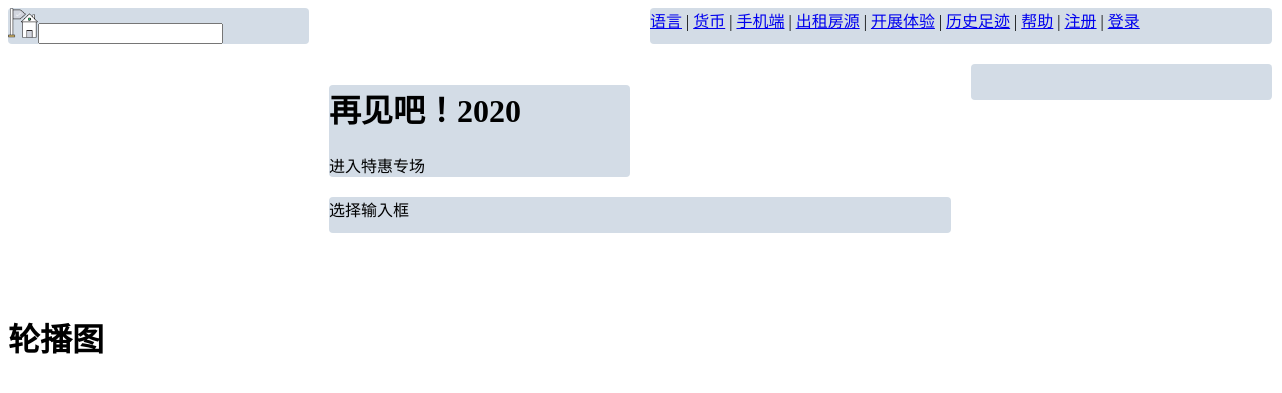
Repository: yz1181214391/my-airbnb
Page: /
These files come from the project's save history. The page is drawn as it stood at one moment and after the next save; the edit follows.
The browser window is 1280 px wide. The page is 1282 px wide, so the pictures cover 1282 px, including what lies to the right of the window. The pictures show the whole page.
The project was rebuilt for these pictures with package versions that can differ from the ones it lists, and the page was loaded fresh each time. Also part of the build but not shown: src/views/Language.vue, src/views/Currency.vue, src/views/Enter.vue, src/views/Experience.vue, src/views/Help.vue, src/views/History.vue, src/views/Mobile.vue, src/views/Register.vue and 1 more.

Above is the page before, as saved 2020-12-09 11:18:16.

After the next save:
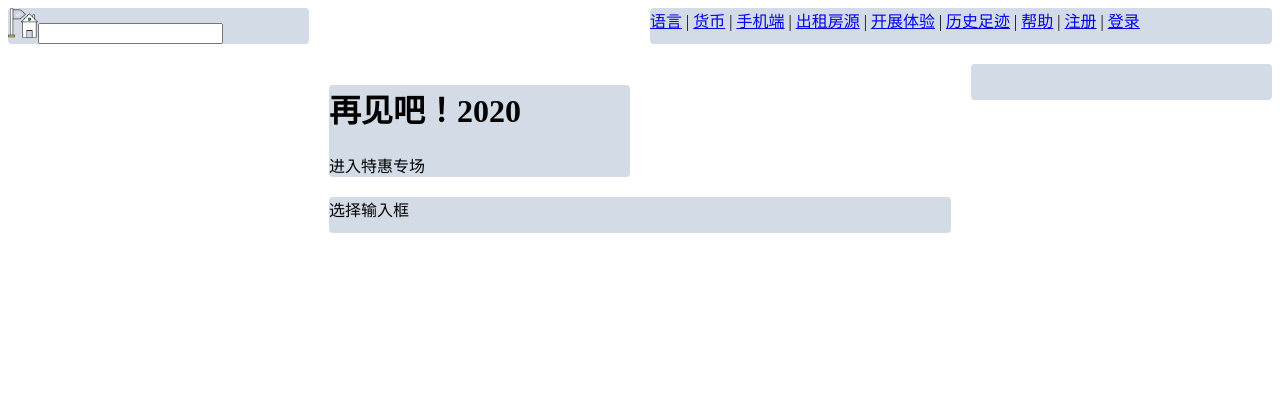
Saved 35 s later.
--- a/src/App.vue
+++ b/src/App.vue
@@ -42,9 +42,7 @@
     </div>
     <div id="nav">
 
-
     </div>
-    <Banner/>
     <router-view/>
   </div>
 </template>
